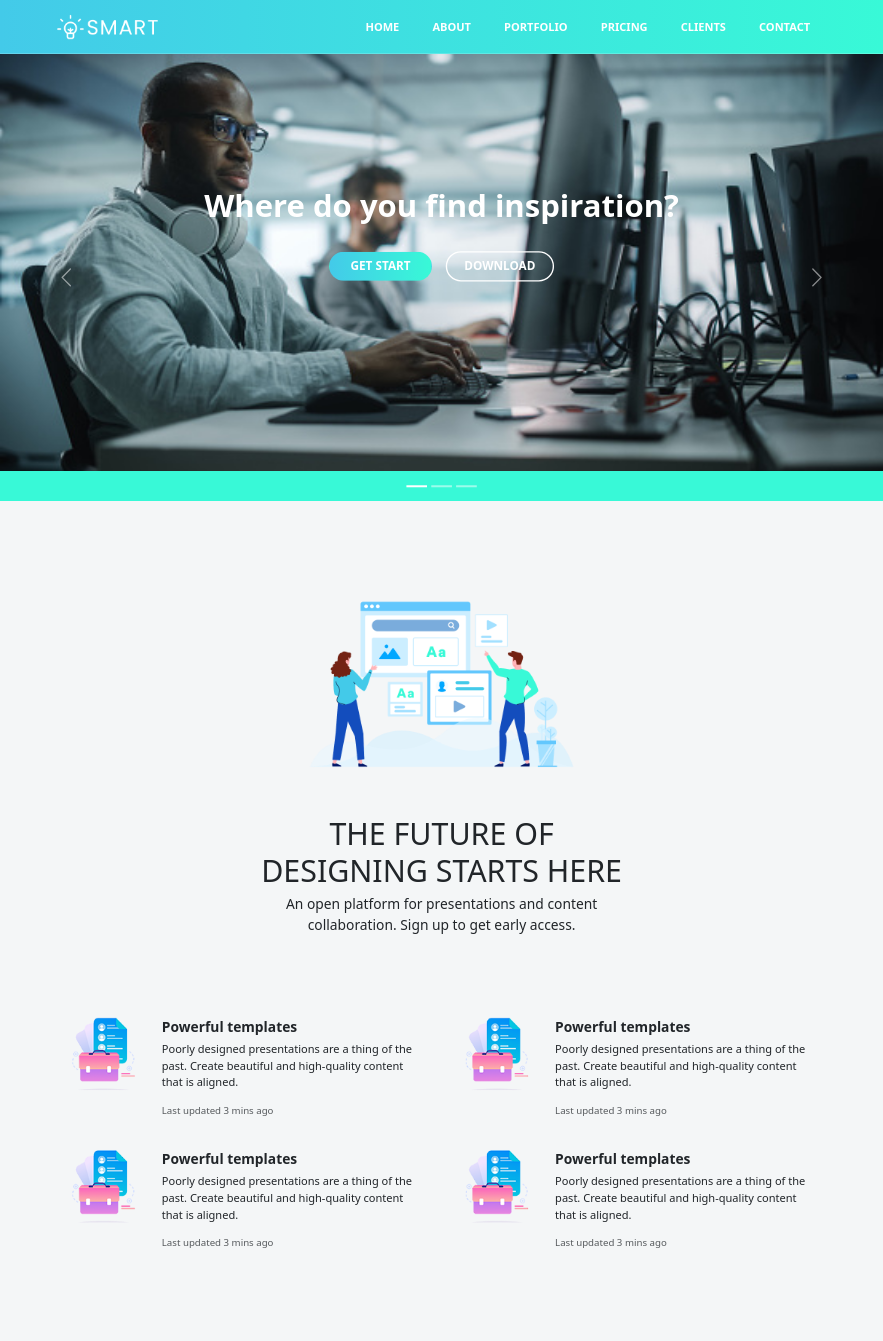
Repository: rizwan-zafar/smart-React
Page: /
These files come from the project's save history. The page is drawn as it stood at one moment and after the next save; the edit follows.
The browser window is 1280 px wide. The pictures show the whole page, at 69% of full size.
The project was rebuilt for these pictures with package versions that can differ from the ones it lists, and the page was loaded fresh each time.

Above is the page before, as saved 2022-11-17 11:44:56.

### public/index.html
<!DOCTYPE html>
<html lang="en">
  <head>
    <meta charset="utf-8" />
    <link rel="icon" href="%PUBLIC_URL%/favicon.ico" />
    <meta name="viewport" content="width=device-width, initial-scale=1" />
    <meta name="theme-color" content="#000000" />
    <meta
      name="description"
      content="Web site created using create-react-app"
    />
    <link rel="apple-touch-icon" href="%PUBLIC_URL%/logo192.png" />
    <!--
      manifest.json provides metadata used when your web app is installed on a
      user's mobile device or desktop. See https://developers.google.com/web/fundamentals/web-app-manifest/
    -->
    <link rel="manifest" href="%PUBLIC_URL%/manifest.json" />
    <!--
      Notice the use of %PUBLIC_URL% in the tags above.
      It will be replaced with the URL of the `public` folder during the build.
      Only files inside the `public` folder can be referenced from the HTML.

      Unlike "/favicon.ico" or "favicon.ico", "%PUBLIC_URL%/favicon.ico" will
      work correctly both with client-side routing and a non-root public URL.
      Learn how to configure a non-root public URL by running `npm run build`.
    -->
    <title>React App</title>
  </head>
  <body>
    <noscript>You need to enable JavaScript to run this app.</noscript>
    <div id="root"></div>

   </body>
</html>

### src/index.js
import React from 'react';
import './index.css';
import "../node_modules/bootstrap/dist/css/bootstrap.min.css"
import "../node_modules/bootstrap/dist/js/bootstrap.min.js"
import "./Components/FontawsomeIcons"
import ReactDOM from 'react-dom/client';
import App from './App';
const root = ReactDOM.createRoot(document.getElementById('root'));
root.render(
  <React.StrictMode>
    <App />
  </React.StrictMode>
);

// If you want to start measuring performance in your app, pass a function
// to log results (for example: reportWebVitals(console.log))
// or send to an analytics endpoint. Learn more: https://bit.ly/CRA-vitals

### src/Components/FontawsomeIcons/index.js
import {library} from "@fortawesome/fontawesome-svg-core"
import {faUser,faBars,faPlus} from "@fortawesome/free-solid-svg-icons"
library.add(faUser,faBars,faPlus)

### src/App.js
 import HomePage from "./Pages/Home"
function App() {
  return (
    <div className="App">
        <HomePage />
    </div>
  );
}

export default App;

### src/Pages/Home.js
import React from 'react'
import Navbar from "../Components/Navbar"
import Slider from "../Components/Slider"
import Service from "../Components/Service";
export default function Home() {
    return (
        <div>
            <Navbar />
            <Slider />
            <Service />
        </div>
    )
}

### src/Components/Navbar.js
import React from 'react'
import "../Css/Navbar.css"

import { FontAwesomeIcon } from "@fortawesome/react-fontawesome"
export default function Navbar() {
    const [hamburgerIcon, setHamburgerIcon] = React.useState('bars')
    const [rotateIcon, setRotateIcon] = React.useState('')
    const handleHumBurger = (hamburgerIcon) => {
        if (hamburgerIcon === 'bars') {
            setRotateIcon('icon-rotate')
            setHamburgerIcon('plus')
        } else {
            setRotateIcon('anti-icon-rotate')
            setHamburgerIcon("bars")
        }
    }
     return (
        <div className="NavContainer">
            <nav className="navbar navbar-expand-lg navbar-dark">
                <div className="container">
                    <a className="navbar-brand" href="/">
                        <img className="img-fluid" src="Images/logo.png" alt="not found" />
                    </a>
                    <div className="navbar-toggler" type="button" data-bs-toggle="collapse"   onClick={() => { handleHumBurger(hamburgerIcon) }} data-bs-target="#navbarNav" aria-controls="navbarNav" aria-expanded="false" aria-label="Toggle navigation">
                        <FontAwesomeIcon  className={rotateIcon} icon={hamburgerIcon}  />
                    </div>
                    <div className="collapse navbar-collapse navSetting" id="navbarNav">
                        <ul className="navbar-nav ms-auto">
                            <li className="nav-item">
                                <a className="nav-link active" aria-current="page" href="/">Home</a>
                            </li>
                            <li className="nav-item">
                                <a className="nav-link" href="/">ABOUT</a>
                            </li>
                            <li className="nav-item">
                                <a className="nav-link" href="/">PORTFOLIO</a>
                            </li>

                            <li className="nav-item">
                                <a className="nav-link" href="/">PRICING</a>
                            </li>

                            <li className="nav-item">
                                <a className="nav-link" href="/">CLIENTS</a>
                            </li>

                            <li className="nav-item">
                                <a className="nav-link" href="/">CONTACT</a>
                            </li>

                        </ul>
                    </div>
                </div>
            </nav>
        </div>
    )
}

### src/Components/Slider.js
import React from 'react'
import "../Css/Slider.css"

export default function Slider() {
    return (
        <div className="sliderContainer">
            <div id="carouselExampleCaptions" className="carousel slide" data-bs-ride="false">

                <div className="carousel-indicators">
                    <button type="button" data-bs-target="#carouselExampleCaptions" data-bs-slide-to="0" className="active" aria-current="true" aria-label="Slide 1"></button>
                    <button type="button" data-bs-target="#carouselExampleCaptions" data-bs-slide-to="1" aria-label="Slide 2"></button>
                    <button type="button" data-bs-target="#carouselExampleCaptions" data-bs-slide-to="2" aria-label="Slide 3"></button>
                </div>

                <div className="carousel-inner">
                    <div className="carousel-item active bg-cover slide-image1">
                        <div className="carousel-caption">
                            <p> If not now, then when?</p>
                            <div>
                                <button className="btn btn1">Get Start</button>
                                <button className="btn btn2">Download</button>
                            </div>
                        </div>
                    </div>
                    <div className="carousel-item active bg-cover slide-image2">
                        <div className="carousel-caption">
                            <p>What does your joy look like today?</p>
                            <div>
                                <button className="btn btn1">Get Start</button>
                                <button className="btn btn2">Download</button>
                            </div>
                        </div>
                    </div>
                    <div className="carousel-item active bg-cover slide-image3">
                        <div className="carousel-caption">
                            <p>Where do you find inspiration?</p>
                            <div>
                                <button className="btn btn1">Get Start</button>
                                <button className="btn btn2">Download</button>
                            </div>
                        </div>
                    </div>
                </div>
                <button className="carousel-control-prev" type="button" data-bs-target="#carouselExampleCaptions" data-bs-slide="prev">
                    <span className="carousel-control-prev-icon" aria-hidden="true"></span>
                    <span className="visually-hidden">Previous</span>
                </button>
                <button className="carousel-control-next" type="button" data-bs-target="#carouselExampleCaptions" data-bs-slide="next">
                    <span className="carousel-control-next-icon" aria-hidden="true"></span>
                    <span className="visually-hidden">Next</span>
                </button>
            </div>
        </div>
    )
}

### src/Components/Service.js
import React from 'react'
import "../Css/Services.css"
export default function Service() {
    return (
        <div className="services">

            <div className="text-center">
                <img className="custom-image" src="/Images/services.png" alt="Services" />
                <div className='container custom-container'>
                    <h4>The future of designing starts here</h4>
                    <p>An open platform for presentations and content collaboration. Sign up to get early access.</p>
                </div>
            </div>
             <div className="container text-center">
                <div className="row mt-5">
                    <div className="col-xs-12 col-sm-12 col-md-6 col-lg-6 col-xl-6 ">
                        <div className="card mb-3" >
                            <div className="row g-0">
                                <div className="col-md-3">
                                    <img src="/Images/icon-1.png" className="img-fluid rounded-start" alt="..." />
                                </div>
                                <div className="col-md-9">
                                    <div className="card-body text-start">
                                        <h5 className="card-title fw-bold">Powerful templates</h5>
                                        <p className="card-text fs-6">Poorly designed presentations are a thing of the past. Create beautiful and high-quality content that is aligned.</p>
                                        <p className="card-text"><small className="text-muted">Last updated 3 mins ago</small></p>
                                    </div>
                                </div>
                            </div>
                        </div>
                    </div>

                    <div className="col-xs-12 col-sm-12 col-md-6 col-lg-6 col-xl-6 ">
                        <div className="card mb-3" >
                            <div className="row g-0">
                                <div className="col-md-3">
                                    <img src="/Images/icon-1.png" className="img-fluid rounded-start" alt="..." />
                                </div>
                                <div className="col-md-9">
                                    <div className="card-body text-start">
                                        <h5 className="card-title fw-bold">Powerful templates</h5>
                                        <p className="card-text fs-6">Poorly designed presentations are a thing of the past. Create beautiful and high-quality content that is aligned.</p>
                                        <p className="card-text"><small className="text-muted">Last updated 3 mins ago</small></p>
                                    </div>
                                </div>
                            </div>
                        </div>
                    </div>


                    <div className="col-xs-12 col-sm-12 col-md-6 col-lg-6 col-xl-6 ">
                        <div className="card mb-3" >
                            <div className="row g-0">
                                <div className="col-md-3">
                                    <img src="/Images/icon-1.png" className="img-fluid rounded-start" alt="..." />
                                </div>
                                <div className="col-md-9">
                                    <div className="card-body text-start">
                                        <h5 className="card-title fw-bold">Powerful templates</h5>
                                        <p className="card-text fs-6">Poorly designed presentations are a thing of the past. Create beautiful and high-quality content that is aligned.</p>
                                        <p className="card-text"><small className="text-muted">Last updated 3 mins ago</small></p>
                                    </div>
                                </div>
                            </div>
                        </div>
                    </div>


                    <div className="col-xs-12 col-sm-12 col-md-6 col-lg-6 col-xl-6 ">
                        <div className="card mb-3" >
                            <div className="row g-0">
                                <div className="col-md-3">
                                    <img src="/Images/icon-1.png" className="img-fluid rounded-start" alt="..." />
                                </div>
                                <div className="col-md-9">
                                    <div className="card-body text-start">
                                        <h5 className="card-title fw-bold">Powerful templates</h5>
                                        <p className="card-text fs-6">Poorly designed presentations are a thing of the past. Create beautiful and high-quality content that is aligned.</p>
                                        <p className="card-text"><small className="text-muted">Last updated 3 mins ago</small></p>
                                    </div>
                                </div>
                            </div>
                        </div>
                    </div>
                </div>
            </div>

        </div>
    )
}

### src/Css/Navbar.css

.NavContainer  .navbar-toggler
{
    color:black;
    border:none;
}
.NavContainer .navbar-brand img{
    max-width: 150px;
}
.NavContainer .navbar-dark
{
    background: linear-gradient(to right,#43cae9, #38f9d7 100%)
}

.NavContainer .navbar-nav li{
   padding: 11px 16px;
 }
.NavContainer .navbar-nav li a{
color:#fff;
font-weight: 700;
text-transform: uppercase;
font-size: 16px;
}



@media (min-width: 1200px)
{
.NavContainer .container {
    max-width: 1140px;
}
}


@media (max-width: 991px)
 {
    .NavContainer .navSetting
    {
        position: absolute;
        top: 100%;
        left: 0;
        width: 100%;
        background: linear-gradient(to right,#43cae9, #38f9d7 100%);
        z-index: 8;
        padding: 10px 16px;
        -webkit-box-shadow: 0 3px 6px 0 rgb(0 0 0 / 16%);
        -moz-box-shadow: 0 3px 6px 0 rgba(0, 0, 0, 0.16);
        box-shadow: 0 3px 6px 0 rgb(0 0 0 / 16%);
    }
 }

 .NavContainer .icon-rotate {
   transform:rotate(90deg);
    transition: 0.5s;

  }
 .NavContainer .anti-icon-rotate {
   transform:rotate(-0deg);
    transition: 0.5s;

  }

### src/Css/Slider.css
.sliderContainer .carousel-inner .bg-cover{
     height: 90vh;
     background-size: cover;
     background-repeat: no-repeat;
     background-position: center center;
}
.sliderContainer .slide-image1{
    background-image: url("/public/Images/slider-1.jpg");
}
.sliderContainer .slide-image2{
    background-image: url("/public/Images/slider-2.jpg");
}
.sliderContainer .slide-image3{
    background-image: url("/public/Images/slider-3.jpg");
}

.sliderContainer .carousel-caption
{

    position: absolute;
    right: 15%;
    bottom: 1.25rem;
    left: 15%;
    padding-top: 1.25rem;
    padding-bottom: 1.25rem;
    color: #fff;
    text-align: center;
    font-size: 45px;
    font-weight: bold;
    top: 23vh;

}
.sliderContainer .btn1{

    margin: 10px;
    background: linear-gradient(to right,#43cae9, #38f9d7 100%);
    padding: 7px 30px 7px 30px;
    font-weight: bold;
    color: white;
    font-size: 17px;
    border-radius: 29px;
    text-transform: uppercase;

}

.sliderContainer .btn2{
    margin: 10px;
    background:  transparent;
    padding: 7px 25px 7px 25px;
    font-weight: bold;
    color: white;
    font-size: 17px;
    border-radius: 29px;
    border: 2px solid white;
    text-transform: uppercase;

}
.sliderContainer .carousel-indicators{
    margin-right: 0;
    margin-left: 0;
    margin-bottom: 0;
    background: #38f9d7;
    padding: 10px;
}
@media (max-width: 991px)
 {
    .sliderContainer .carousel-inner .bg-cover
    {
        height: 350px;
    }

   .sliderContainer .carousel-caption
   {
       font-size: 25px ;
       top: 11vh;
       font-weight: bolder;
   }

   .sliderContainer .btn
   {
    font-size: 15px;
    }
   .sliderContainer .btn
   {
    font-size: 15px;
    }

    .sliderContainer .carousel-indicators{
        margin-right: 0;
        margin-left: 0;
        margin-bottom: 0;
        background: transparent;

    }
 }

### src/Css/Services.css
.services {
    padding-top: 100px;
    padding-bottom: 100px;
    background-color: #f4f6f7;
}
.services .custom-container {
    max-width: 600px;
    margin-top: 30px;
    padding-bottom: 40px;
}

.services .custom-container h4 {
    font-size: 44px;
    text-transform: uppercase;

}

.services .custom-container p {
    font-size: 20px;
}

.services .custom-image {
    max-width: 34%;
    height: auto;
}



.services .card {
    border: none;
    background-color: transparent;
}

@media (max-width: 991px) {
    .services .custom-image {
        max-width: 100%;
        height: auto;
    }

    .services h4 {
        font-size: 25px;
        text-transform: uppercase;
    }

    .services p {
        font-size: 16px;
    }
}

Loaded but not shown: src/index.css (common file)

After the next save:
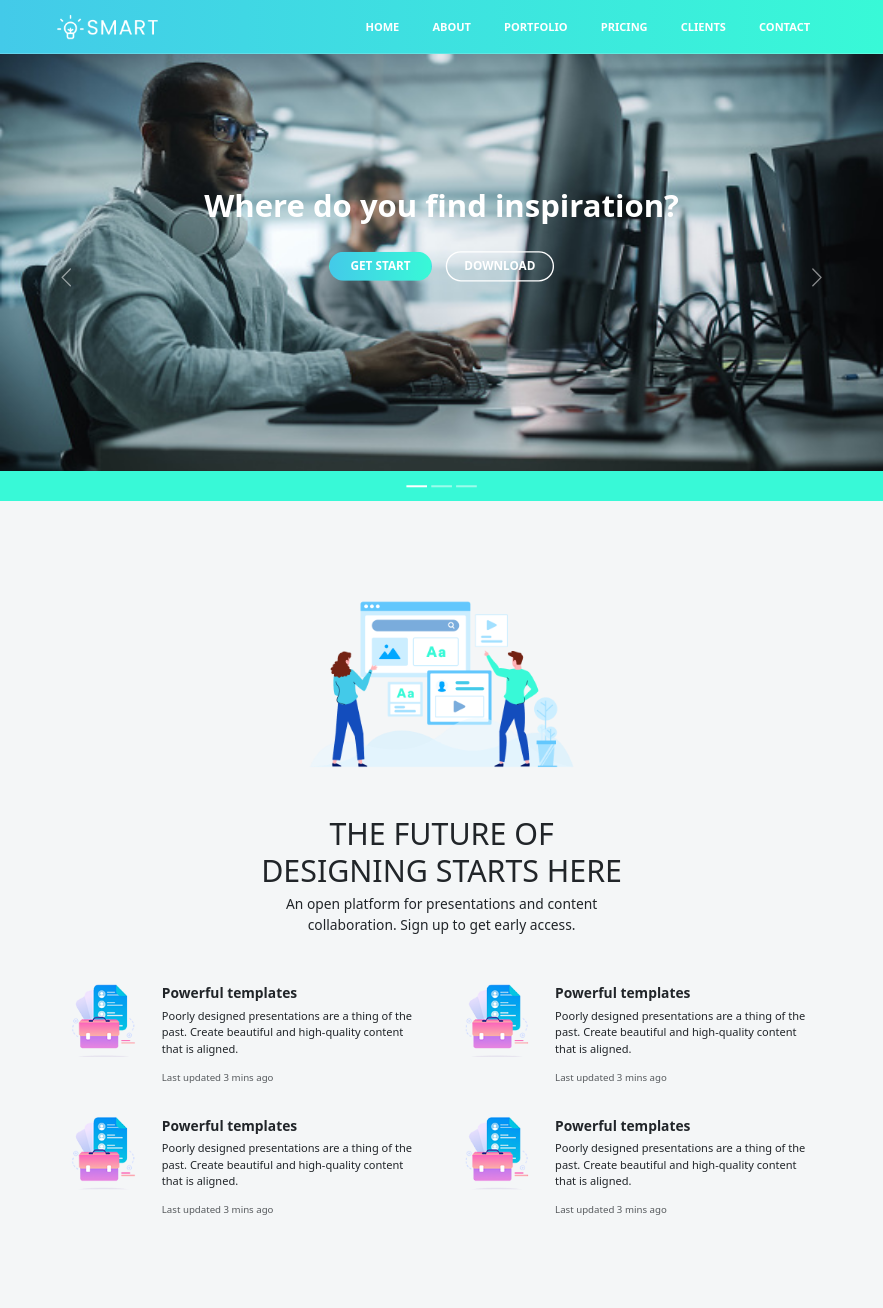
Saved 9 s later.
--- a/src/Components/Service.js
+++ b/src/Components/Service.js
@@ -12,7 +12,7 @@ export default function Service() {
                 </div>
             </div>
              <div className="container text-center">
-                <div className="row mt-5">
+                <div className="row ">
                     <div className="col-xs-12 col-sm-12 col-md-6 col-lg-6 col-xl-6 ">
                         <div className="card mb-3" >
                             <div className="row g-0">
